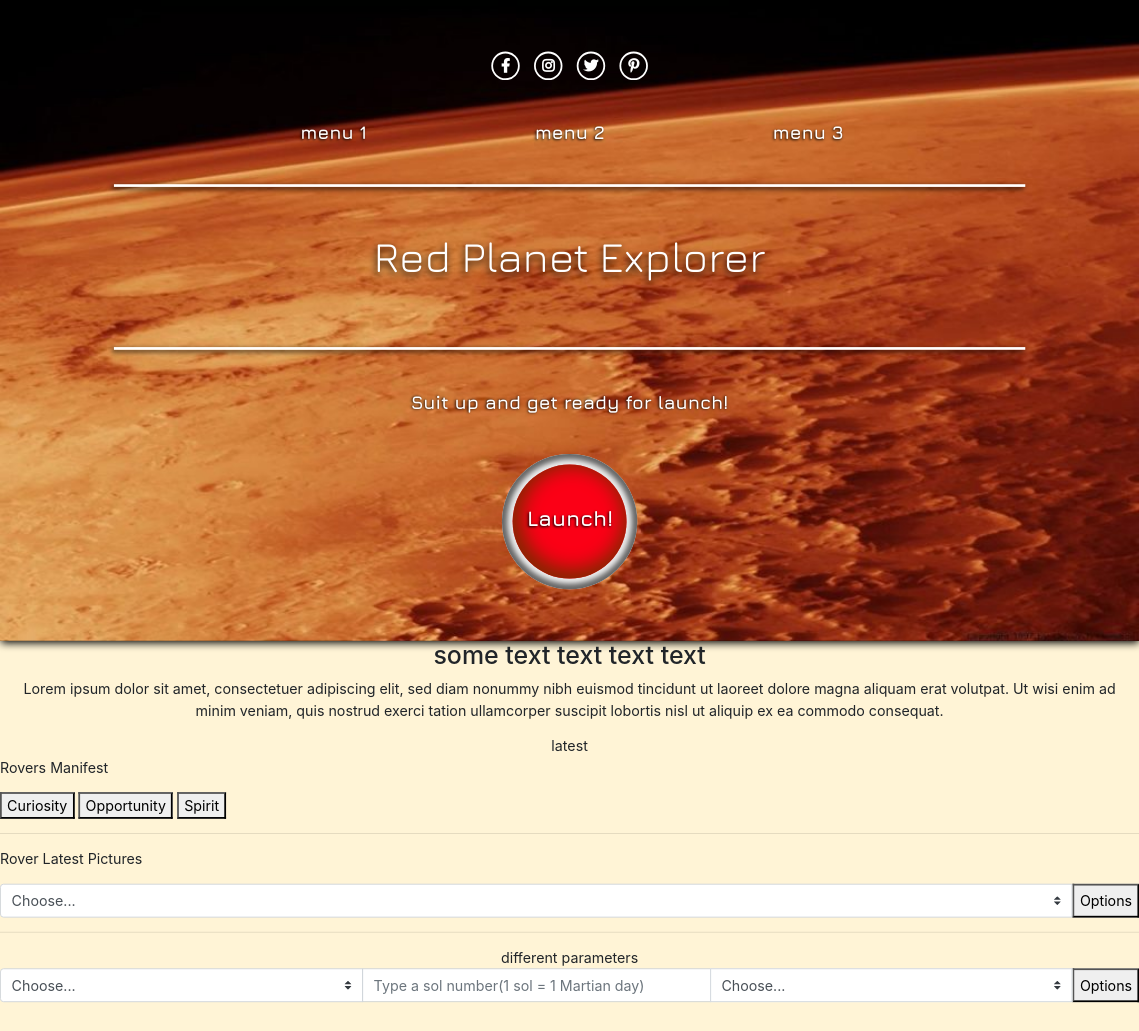
Repository: romqrq/Red-Planet-Explorer
Page: index.html
The author's editor kept a record of every edit. The page is drawn from the files as they stood at one moment, then again after the next edit.
The browser window is 1280 px wide. The pictures show the whole page, at 89% of full size.
The first visible `.btn.launch-button` is being pressed.
Some web fonts or font styles are not loaded; a fallback is used. Some web libraries are served in a nearby version.

Above is the page before.

After the next edit:
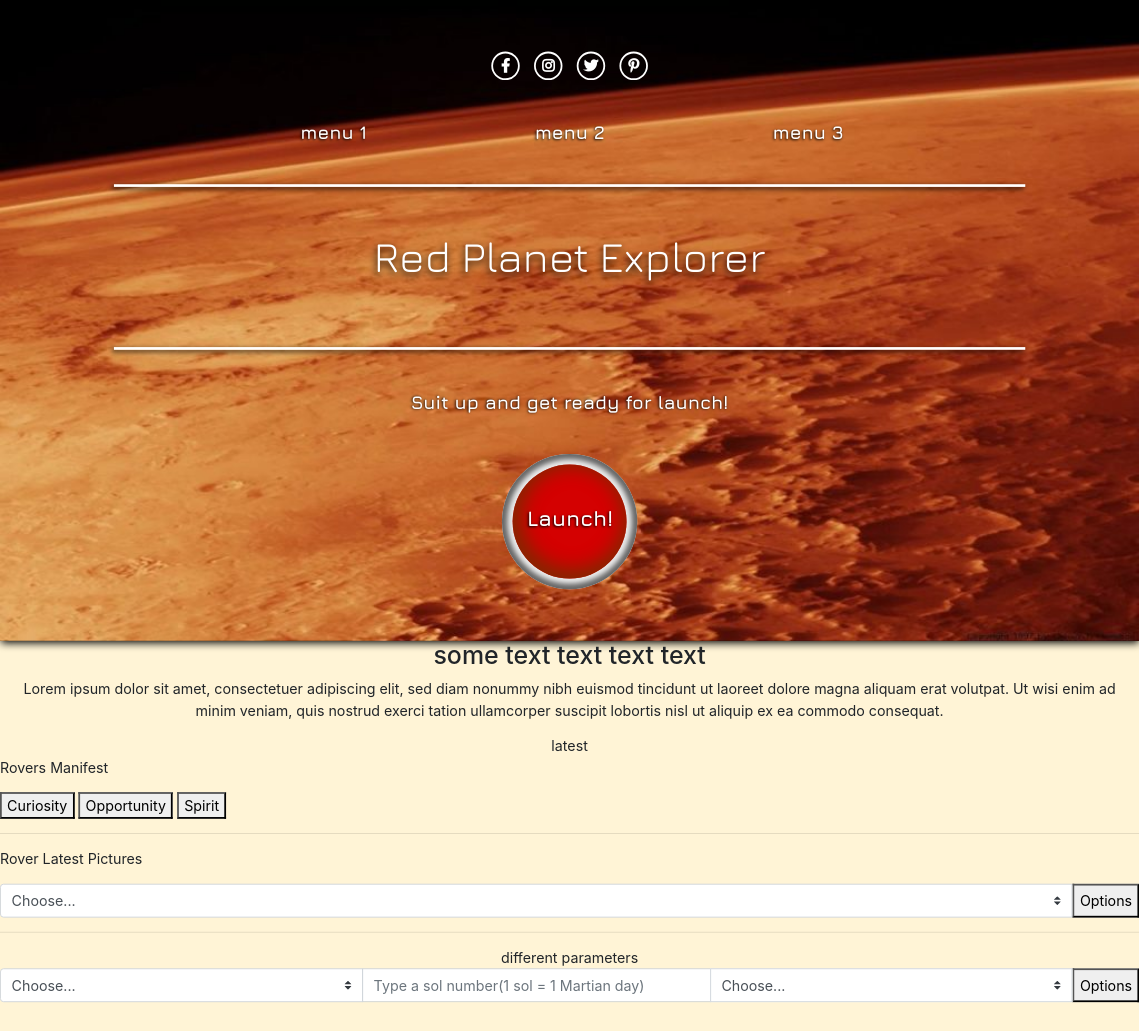
The edit:
--- a/assets/css/style.css
+++ b/assets/css/style.css
@@ -131,8 +131,8 @@
 }
 
 .btn.launch-button:active {
-    background-color: #d40101;
-    box-shadow: inset 3px -4px 20px 7px #842600;
+    background-color: #d40101!important;
+    box-shadow: inset 3px -4px 20px 7px #842600!important;
 }
 
 
